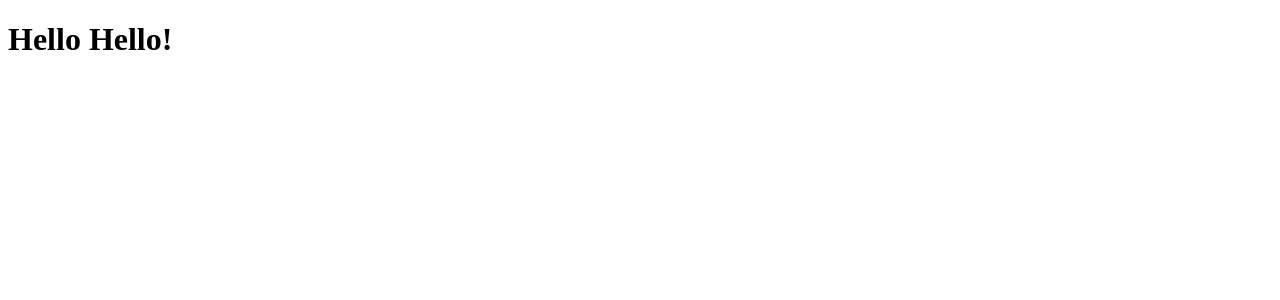
Repository: MuzhdaEhsan/WEBD6201-W2021-ICE1
Page: Week1/index.html
The author's editor kept a copy of each file at every save. The page is drawn from the files as they stood at one save, then again after the next save.
The browser window is 1280 px wide. The pictures show the whole page.

Above is the page before, as saved 2021-01-14 09:16:13.
Console error: ReferenceError: index is not defined

### Week1/index.html
<!DOCTYPE html>
<html lang="eng">
<head>
    <meta charset="UTF-8">

    <meta name="viewport" content="width-device-width, initial-scale-1.0">
    <title>Hello world ! </title>
    <!-- css section -->
    <link rel="stylesheet" href="./Content/app.css">



</head>

<body>



    <div class="container">
        <h1> Hello Hello! </h1>
    </div>

    <!--JavaScript Section-->
    <script src="./Scripts/app.js"></script>

    <script src="./node_modules/jquery/dist/jquery.min.js"></script>

    <script src="./node_modules/bootstrap/dist/js/bootstrap.bundle.min.js"></script>
</body>

</html>

### Week1/Scripts/app.js
/* custom scripts go here */

//IIFE - imediately Invoked Function expression
// aka: self-executing function

(function()
{

    function Start()
    {
        console.log("App Started......");

        for (let index = 0; index < 5; index++) {

            console.log(index);

        }

        console.log(index);

    }

    // event listener
    window.addEventListener("load", Start);

})();

Loaded but not shown: Week1/node_modules/jquery/dist/jquery.min.js (library); Week1/node_modules/bootstrap/dist/js/bootstrap.bundle.min.js (library); Week1/node_modules/bootstrap/dist/css/bootstrap.min.css (library); Week1/node_modules/@fortawesome/fontawesome-free/css/all.min.css (library); Week1/Content/app.css (no stored copy; drawn as an empty file)

After the next save:
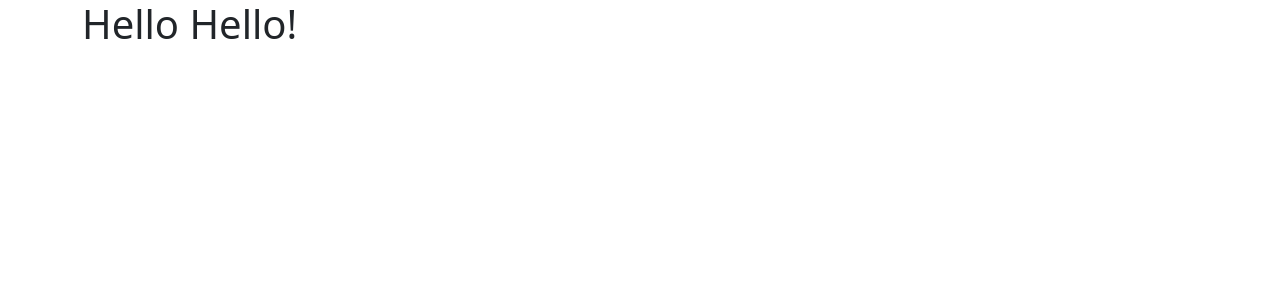
Saved 3 min 0 s later.
--- a/Week1/index.html
+++ b/Week1/index.html
@@ -6,6 +6,9 @@
     <meta name="viewport" content="width-device-width, initial-scale-1.0">
     <title>Hello world ! </title>
     <!-- css section -->
+    <link rel="stylesheet" href="./node_modules/bootstrap/dist/css/bootstrap.min.css">
+    <link rel="stylesheet" href="./node_modules/@fortawesome/fontawesome-free/css/all.min.css">
+
     <link rel="stylesheet" href="./Content/app.css">
 
 
